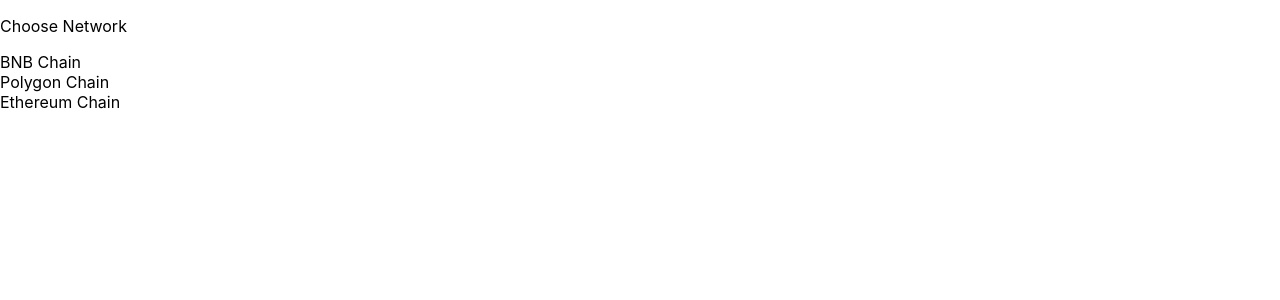
Repository: m-ahmadshaikh/Wallet-Connect
Page: /
These files come from the project's save history. The page is drawn as it stood at one moment and after the next save; the edit follows.
The browser window is 1280 px wide. The pictures show the whole page.
The project was rebuilt for these pictures with package versions that can differ from the ones it lists, and the page was loaded fresh each time. Also part of the build but not shown: src/components/Button/Button.module.css.

Above is the page before, as saved 2023-01-19 17:58:01.

After the next save:
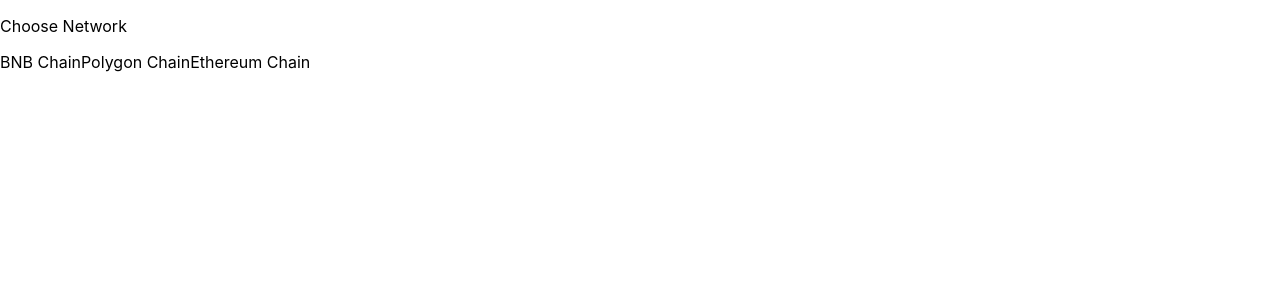
Saved 9 s later.
--- a/src/App.js
+++ b/src/App.js
@@ -6,7 +6,7 @@
     <div>
 
       <p>Choose Network</p>
-      <div ><Button text={'BNB Chain'}/>
+      <div className='flex'><Button text={'BNB Chain'}/>
       <Button text={'Polygon Chain'}/>
       <Button text={'Ethereum Chain'}/>
       </div>
